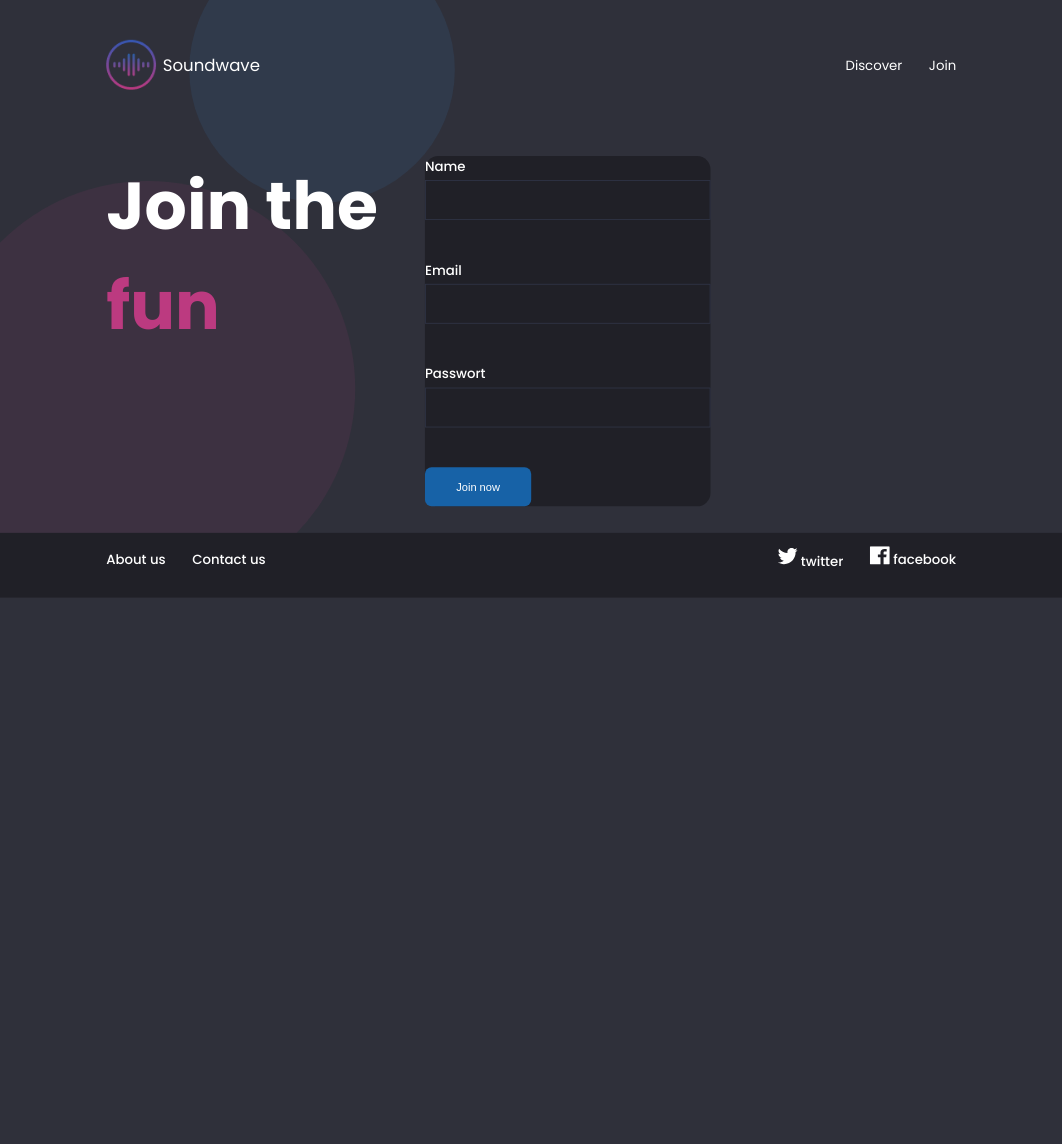
Repository: Hiiiij/soundwave
Page: pages/join.html
The author's editor kept a copy of each file at every save. The page is drawn from the files as they stood at one save, then again after the next save.
The browser window is 1280 px wide. The pictures show the whole page, at 83% of full size.

Above is the page before, as saved 2020-07-06 10:51:09.

After the next save:
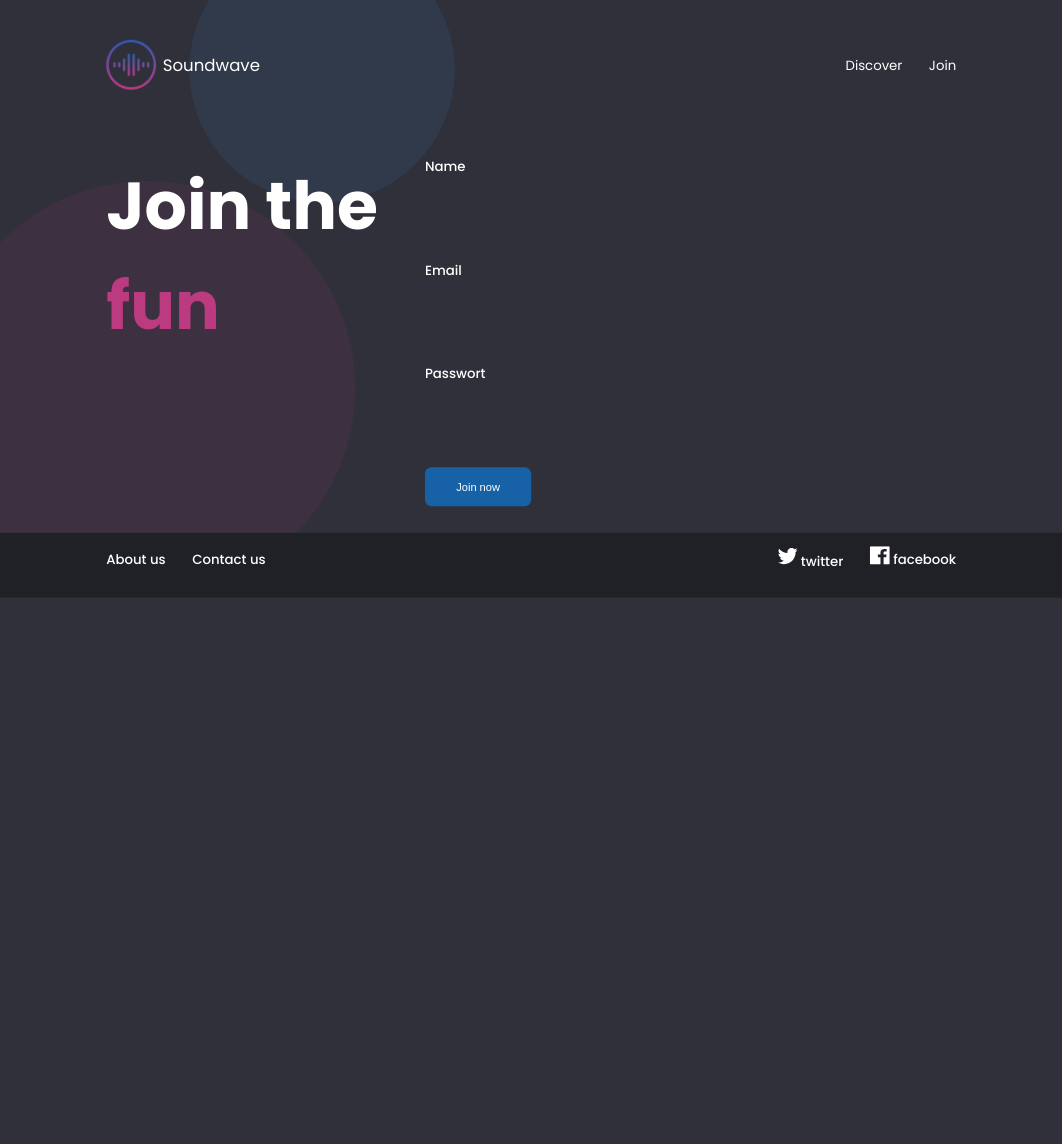
Saved 64 s later.
--- a/style.css
+++ b/style.css
@@ -392,7 +392,7 @@ form{
   flex-direction: column;
   /* justify-content: flex-end; */
   /* align-items: center; */
-  background-color: var(--footer-bg);
+
 
   width:50vw;
   max-width: 50%;
